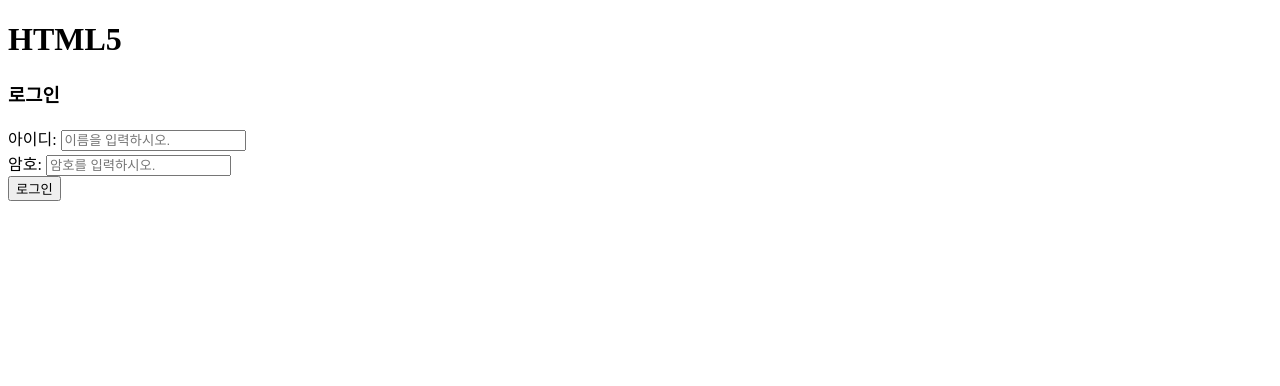
Repository: heoSuKyeong/client_Ssanyong
Page: ClientTest/src/main/webapp/html/ex19_html5.html
An editor plug-in stored every save of this project. The page is shown before and after the next save, followed by the edit.
The browser window is 1280 px wide. The pictures show the whole page.

Above is the page before, as saved 2023-09-21 08:18:18.

### ClientTest/src/main/webapp/html/ex19_html5.html
<!DOCTYPE html>
<html>
<head>
<meta charset="UTF-8">
<title>Insert title here</title>
</head>
<body>
<!-- 	<h1>HTML5</h1>

	<form method="POST" action="ex18_server.jsp">
		<input type="submit" value="전송하기">

		<hr>

		<input type="text" placeholder="이름을 입력하시오.">
		<br>
		<input type="password" placeholder="암호를 입력하시오.">


		<h3>로그인</h3>
		아이디: <input type="text" placeholder="이름을 입력하시오." required><br>
		암호: <input type="password" placeholder="암호를 입력하시오." required><br>
		<input type="submit" value="로그인">

	</form> -->

	<h1>HTML5</h1>

	<form method="POST" action="ex18_server.jsp">
		<h3>로그인</h3>
		아이디: <input type="text" placeholder="이름을 입력하시오."><br>
		암호: <input type="password" placeholder="암호를 입력하시오."><br>
		<input type="submit" value="로그인">
	</form>

</body>
</html>

After the next save:
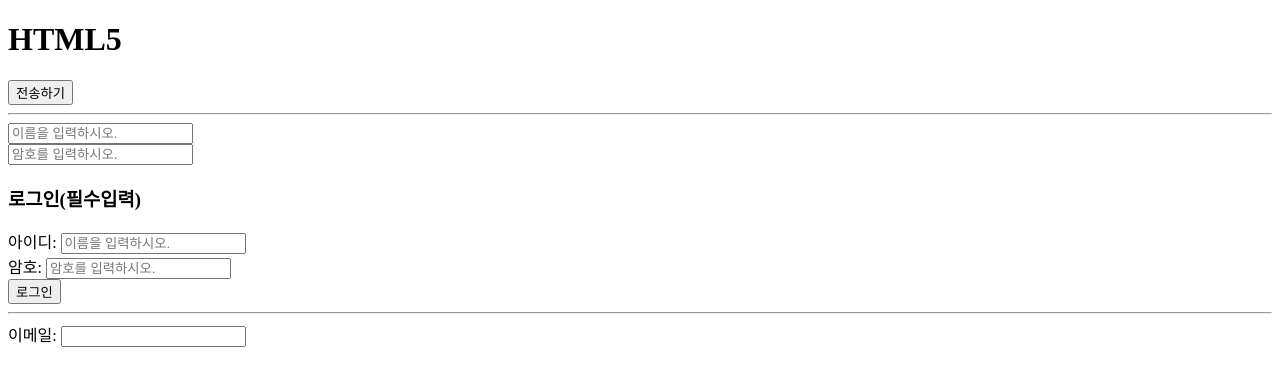
Saved 116 s later.
--- a/ClientTest/src/main/webapp/html/ex19_html5.html
+++ b/ClientTest/src/main/webapp/html/ex19_html5.html
@@ -5,7 +5,7 @@
 <title>Insert title here</title>
 </head>
 <body>
-<!-- 	<h1>HTML5</h1>
+	<h1>HTML5</h1>
 
 	<form method="POST" action="ex18_server.jsp">
 		<input type="submit" value="전송하기">
@@ -17,21 +17,17 @@
 		<input type="password" placeholder="암호를 입력하시오.">
 
 
-		<h3>로그인</h3>
+		<h3>로그인(필수입력)</h3>
 		아이디: <input type="text" placeholder="이름을 입력하시오." required><br>
 		암호: <input type="password" placeholder="암호를 입력하시오." required><br>
 		<input type="submit" value="로그인">
 
-	</form> -->
+		<hr>
 
-	<h1>HTML5</h1>
+		이메일: <input type="email">
 
-	<form method="POST" action="ex18_server.jsp">
-		<h3>로그인</h3>
-		아이디: <input type="text" placeholder="이름을 입력하시오."><br>
-		암호: <input type="password" placeholder="암호를 입력하시오."><br>
-		<input type="submit" value="로그인">
 	</form>
+
 
 </body>
 </html>
